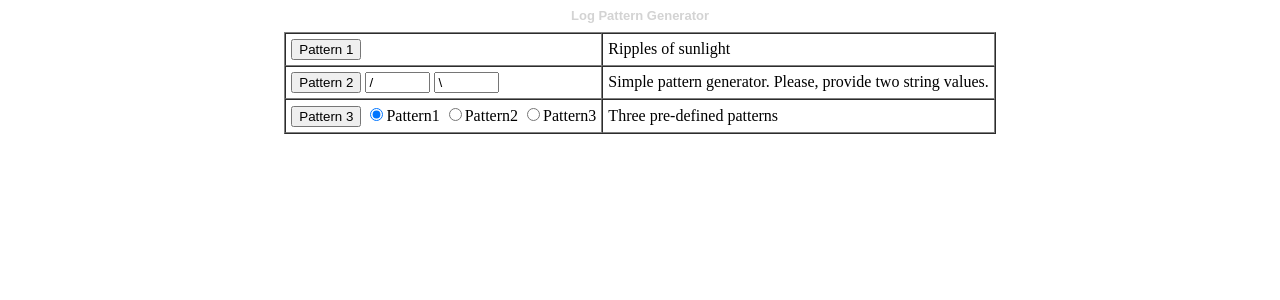
Repository: parkh899/parkh899.github.io
Page: lab/log.html
The author's editor kept a record of every edit. The page is drawn from the files as they stood at one moment, then again after the next edit.
The browser window is 1280 px wide. The pictures show the whole page.
Some web libraries are served in a nearby version.

Above is the page before.

### lab/log.html
<html>
<head>
<style>
	h1 {
		color: lightgray;
		font-size: 13px;
		font-family: vrinda, arial, "Times New Roman", Times, serif;
  	}
</style>
<script src="http://ajax.googleapis.com/ajax/libs/jquery/1.11.2/jquery.min.js"></script>
<script>
//
// Log Pattern 1
//

function runLog() {
	var i, j, z;
	z = 2;
	for (i=0; i<50; i++) {
		var pattern = i<10 ? "0" + i + " " : i + " ";
		for (j=0; j<80; j++) {
			if (j % z == 0)
				pattern += '*';
			else
				pattern += '-';
		}
		console.log(pattern);
		z += (i % 3);
	}
}

//
// Log Pattern 2
//

function runLog2() {
	var i, j, z;
	var z = 2;
	var comp1 = $("#comp1").val();
	var comp2 = $("#comp2").val();
	for (i=0; i<40; i++) {
		var pattern = i<10 ? "0" + i + " " : i + " ";
		//alert(pattern);
		pattern += line_gen(i % 2, comp1, comp2);
		console.log(pattern);
		z += 1;
	}
}

function line_gen(idx, comp1, comp2) {
	var length = 80;
	var pattern = "";
	if (idx == 0 ) {
		for (j=0; j<length; j++) {
			if (j % 2 == 0)
				pattern += comp1;
			else
				pattern += comp2;
		}
		return pattern;
	} else if (idx == 1) {
		for (j=0; j<length; j++) {
			if (j % 2 == 0)
				pattern += comp2;
			else
				pattern += comp1;
		}
		return pattern;
	} else if (idx == 3) {
		return pattern;
	}
}

//
// Log Pattern 3
//

pattern1 = [[0,0,1,0],[0,2,0,3],[1,0,0,0],[0,3,0,2]];
pattern2 = [[0,0,4,4,0],[0,4,0,0,4],[4,0,0,0,0],[4,0,0,0,0],[0,4,0,0,4]];
pattern3 = [[0,0,0,5,0,0],[0,0,2,0,3,0],[0,2,0,0,0,3],[5,0,0,0,0,0]];

function runLog3() {
    var pat_x = 20;
    var pat_y = 5;
    var x, y, i, j, no;

	var myRadio = $('input[name=pattern]');
	var checkedValue = myRadio.filter(':checked').val();

	if (checkedValue == 1)
		pattern = pattern1;
	else if (checkedValue == 2)
		pattern = pattern2
	else if (checkedValue == 3)
		pattern = pattern3

	no = 0;
    for (y=0; y<5; y++) {
		for (j=0; j<pattern.length; j++) {
			var line = no < 10 ? "0" + (no++) + ": " : (no++) + ": ";
			for (x=0; x<pat_x; x++) {
				for (i=0; i<pattern[j].length; i++) {
					line += get_comp(pattern[j][i]);
				}
			}
			console.log(line);
		}
    }
}

function get_comp(idx) {
    if (idx == 0) return " ";
    else if (idx == 1) return "-";
    else if (idx == 2) return "/";
    else if (idx == 3) return "\\";
    else if (idx == 4) return "*";
    else if (idx == 5) return "+";
}

</script>
</head>
<body>

<center>
<h1>Log Pattern Generator</h1>

<table border="1" cellspacing="0px" cellpadding="5px">
<tr>
<td>
<input type="button" onclick="runLog()" value="Pattern 1">
</td>
<td>Ripples of sunlight</td>
</tr>
<tr>
<td>
<input type="button" onclick="runLog2()" value="Pattern 2">
<input type="text" id="comp1" size="5" value="/"/>
<input type="text" id="comp2" size="5" value="\"/>
</td>
<td>Simple pattern generator. Please, provide two string values.</td>
</tr>
<tr>
<td>
<input type="button" onClick="runLog3()" value="Pattern 3">
<input type="radio" name="pattern" value="1" checked>Pattern1
<input type="radio" name="pattern" value="2">Pattern2
<input type="radio" name="pattern" value="3">Pattern3
</td>
<td>Three pre-defined patterns</td>
</tr>
</table>

</center>

</body>
</html>

After the next edit:
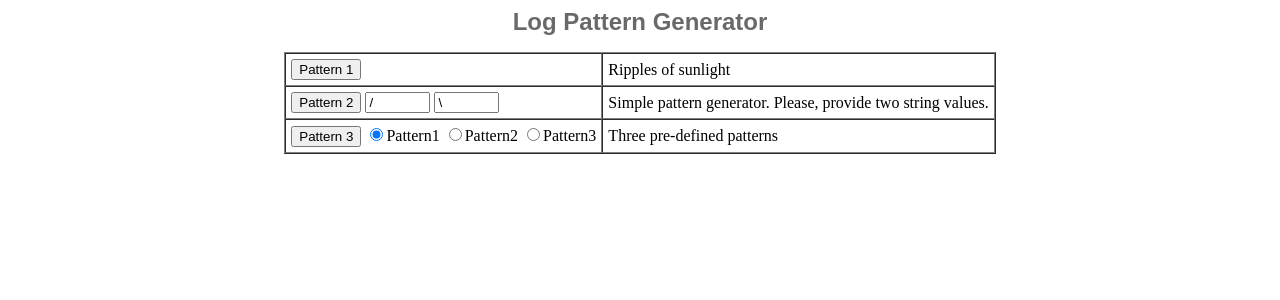
The edit:
--- a/lab/log.html
+++ b/lab/log.html
@@ -2,8 +2,8 @@
 <head>
 <style>
 	h1 {
-		color: lightgray;
-		font-size: 13px;
+		color: dimgray;
+		font-size: 24px;
 		font-family: vrinda, arial, "Times New Roman", Times, serif;
   	}
 </style>
